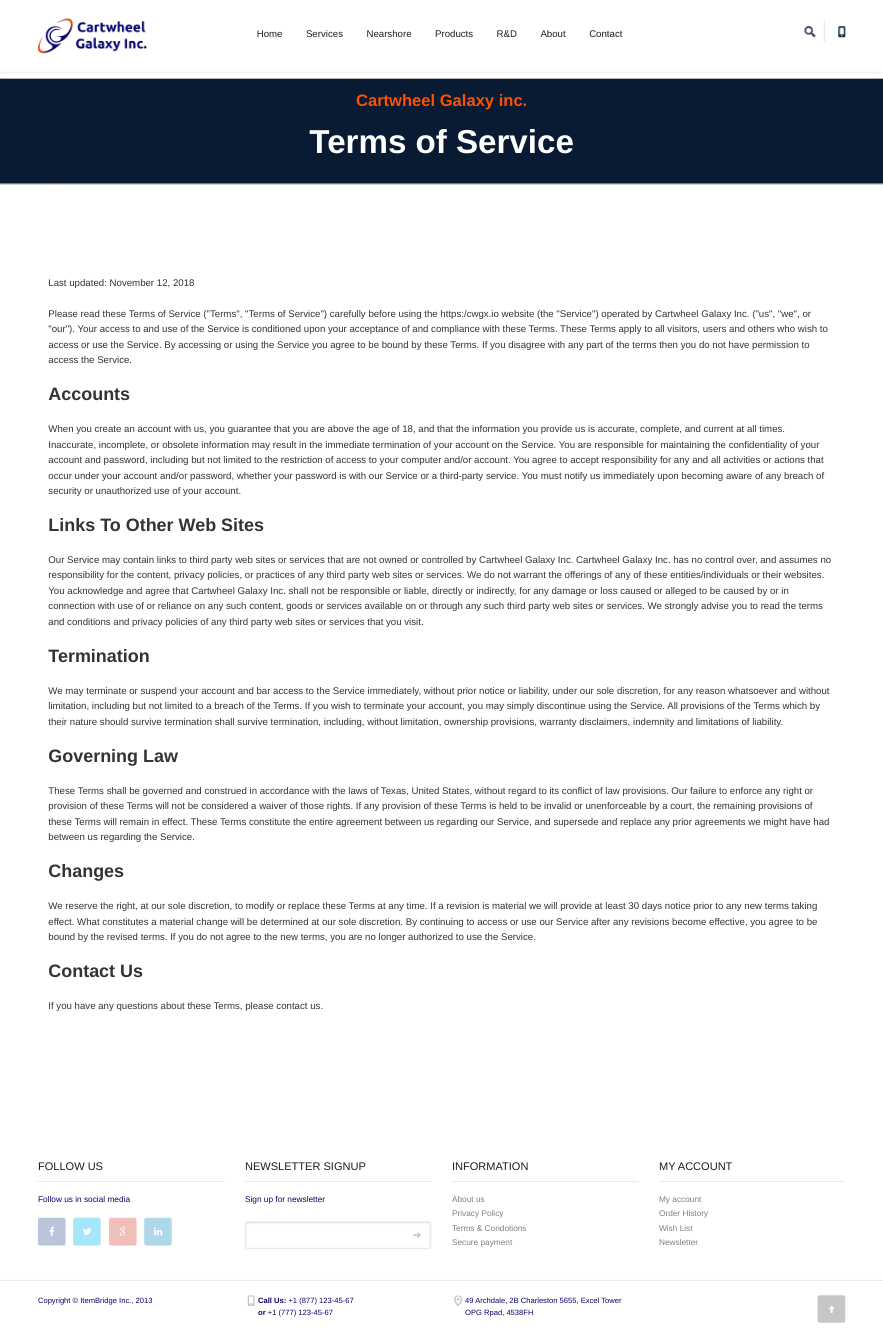
Repository: g-tecio/cwgx.io
Page: terms.html
The author's editor kept a record of every edit. The page is drawn from the files as they stood at one moment, then again after the next edit.
The browser window is 1280 px wide. The pictures show the whole page, at 69% of full size.

Above is the page before.

After the next edit:
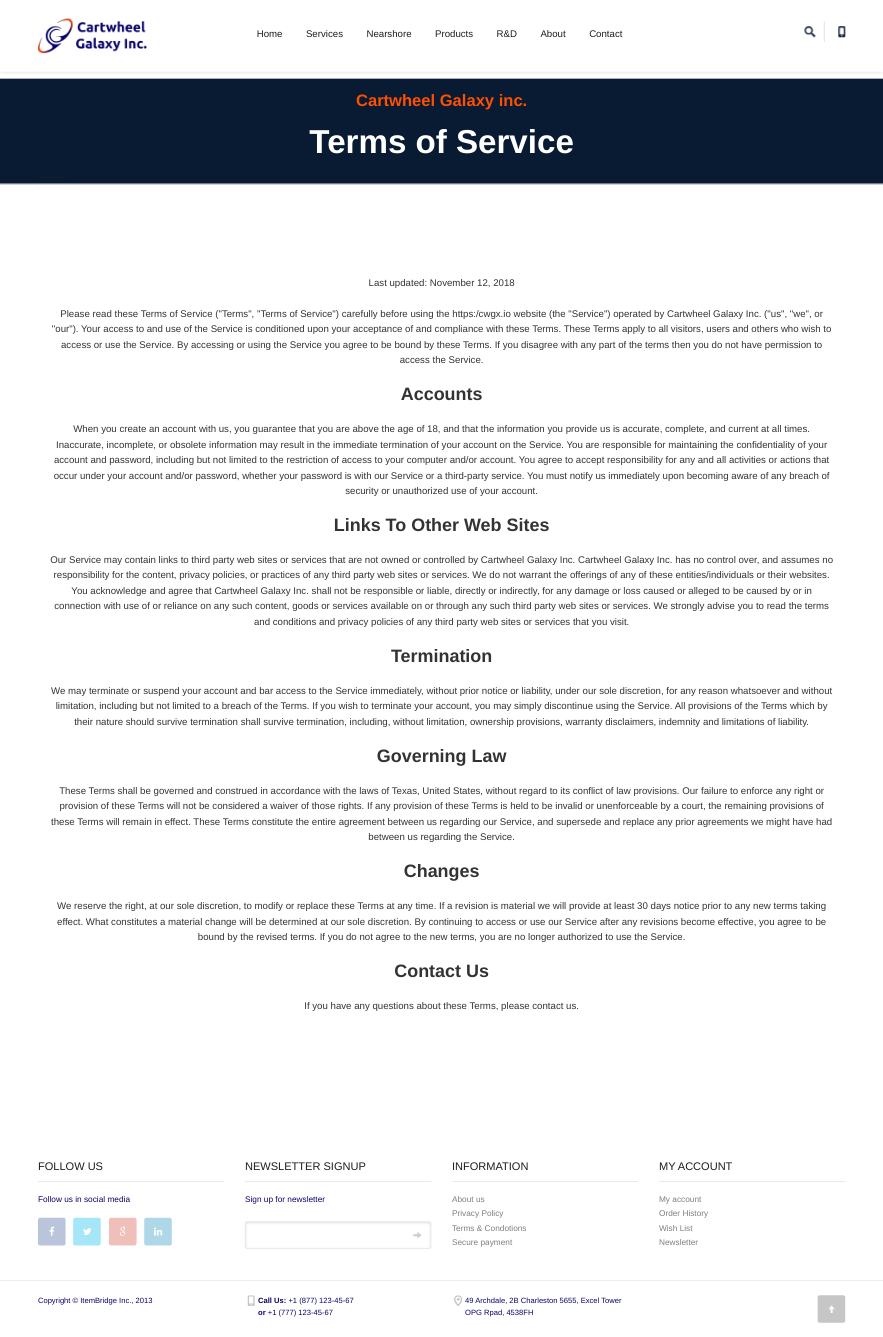
The edit:
--- a/terms.html
+++ b/terms.html
@@ -172,7 +172,7 @@
     <div class="row">
       <article class="content col-sm-12 col-md-12">
 
-		 <div class="col-sm-12 col-md-12 contact-info bottom-padding">
+		 <div class="col-sm-12 col-md-12 contact-info bottom-padding" style="text-align:center;">
             <p>Last updated: November 12, 2018</p>
             <p>
                Please read these Terms of Service ("Terms", "Terms of Service") carefully before using the https:/cwgx.io website (the "Service") operated by Cartwheel Galaxy Inc. ("us", "we", or "our").
